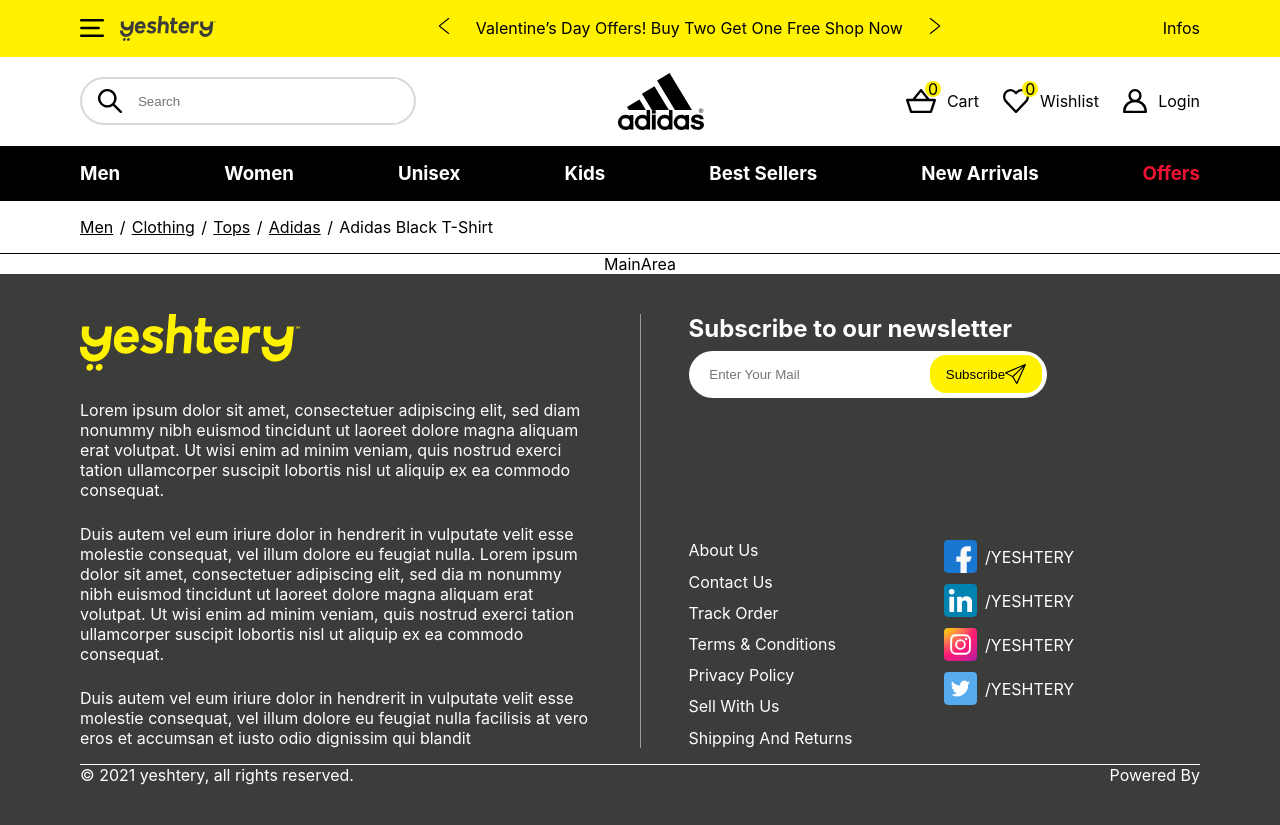
Repository: ahmed-mohamed-eng/Yeshtery-One-Page-Project
Page: /
An editor plug-in stored every save of this project. The page is shown before and after the next save, followed by the edit.
The browser window is 1280 px wide. The pictures show the whole page.
The project was rebuilt for these pictures with package versions that can differ from the ones it lists, and the page was loaded fresh each time.

Above is the page before, as saved 2022-12-10 14:29:10.

After the next save:
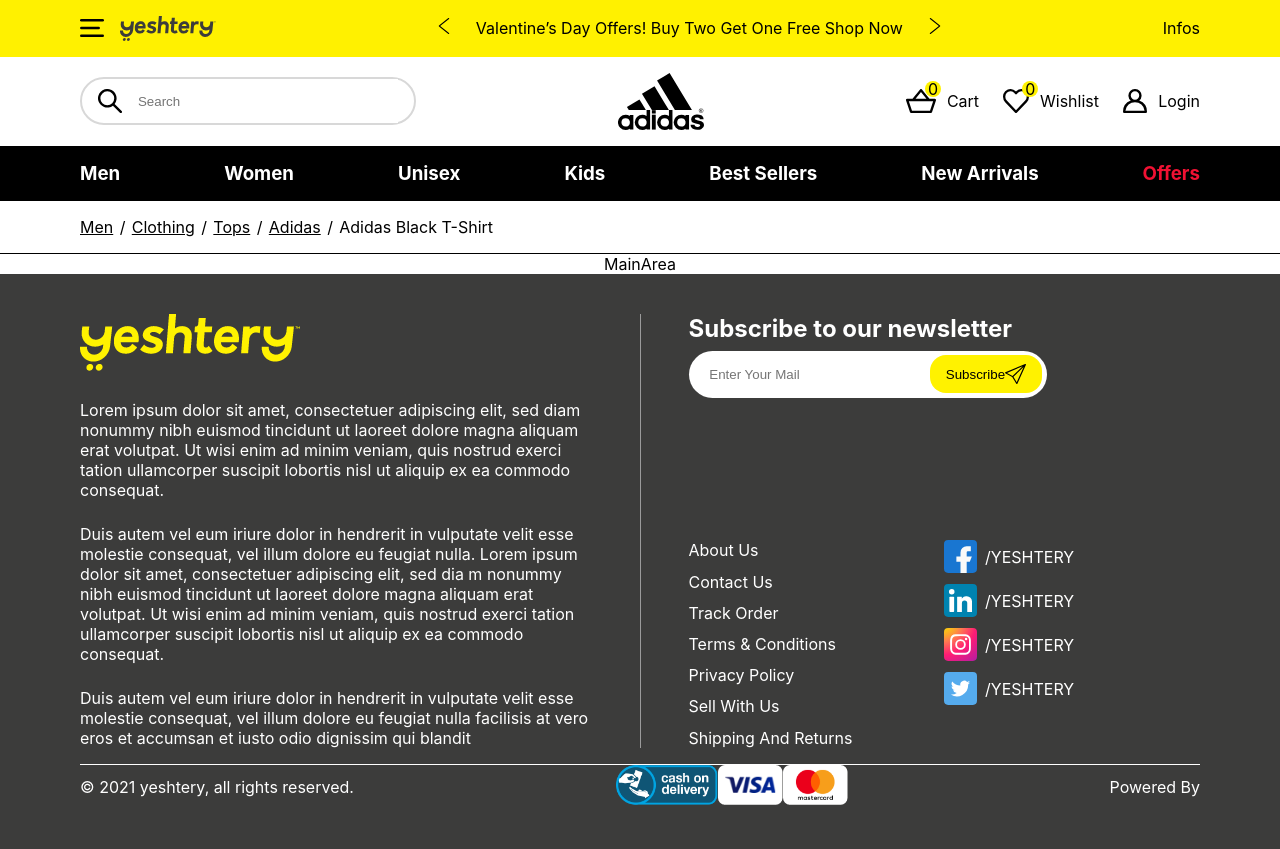
Saved 65 s later.
--- a/src/components/Footer/Details/index.tsx
+++ b/src/components/Footer/Details/index.tsx
@@ -12,9 +12,9 @@
         <p>© 2021 yeshtery, all rights reserved.</p>
       </div>
       <div className={styles.accepted_payments}>
-        <img src="" alt="" />
-        <img src="" alt="" />
-        <img src="" alt="" />
+        <img src={cashLogo} alt="Pay with cash on delivery" />
+        <img src={visaLogo} alt="Pay with Visa" />
+        <img src={mastercardLogo} alt="Pay with Mastercard" />
       </div>
       <div className={styles.powered_by}>
         <span>Powered By</span>
